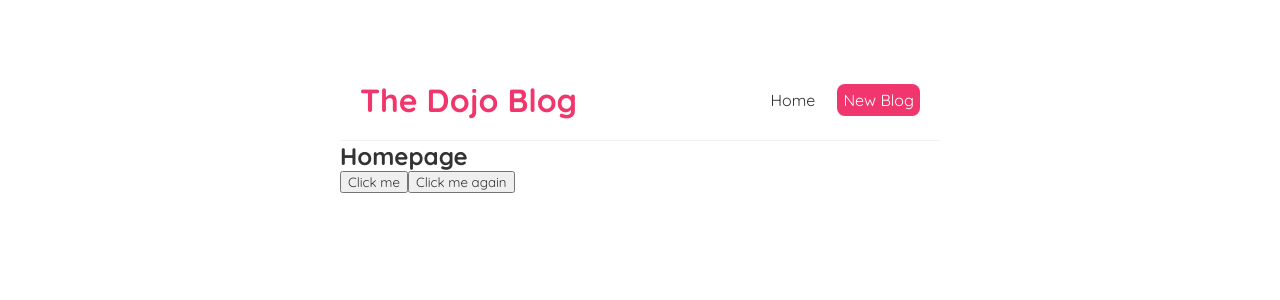
Repository: DESTINYAS/Reactjs
Page: /
These files come from the project's save history. The page is drawn as it stood at one moment and after the next save; the edit follows.
The browser window is 1280 px wide. The pictures show the whole page.
The project was rebuilt for these pictures with package versions that can differ from the ones it lists, and the page was loaded fresh each time.

Above is the page before, as saved 2022-11-27 23:49:52.

After the next save:
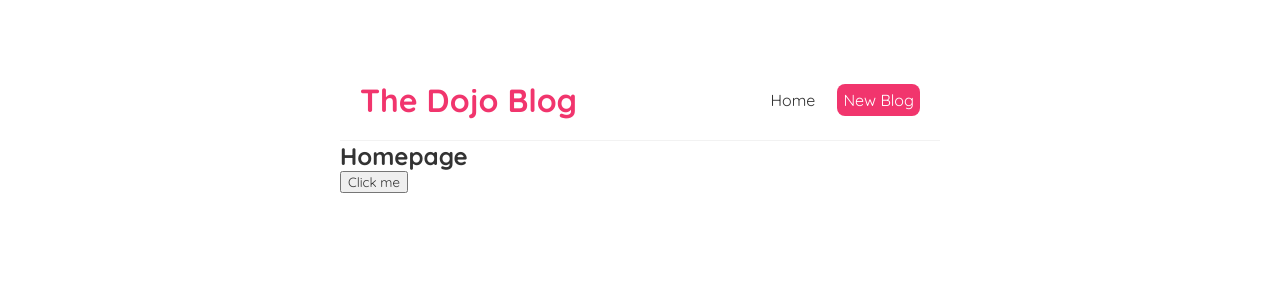
Saved 22 h 49 min later.
--- a/src/Home.js
+++ b/src/Home.js
@@ -2,20 +2,11 @@ const Home = () => {
   const handleClick = (e) => {
     console.log("hello, ninjas", e);
   };
-  const handleClickAgain = (name, e) => {
-    console.log("hello " + name, e.target);
-  };
+
   return (
     <div className="home">
       <h2>Homepage</h2>
       <button onClick={handleClick}>Click me</button>
-      <button
-        onClick={(e) => {
-          handleClickAgain("Mario", e);
-        }}
-      >
-        Click me again
-      </button>
     </div>
   );
 };
